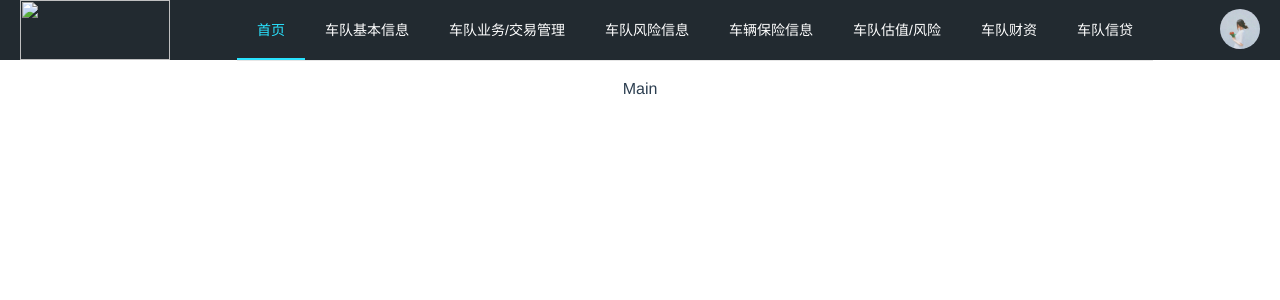
Repository: TheWomanLiketheWind/woodpecker
Page: /
An editor plug-in stored every save of this project. The page is shown before and after the next save, followed by the edit.
The browser window is 1280 px wide. The pictures show the whole page.
The project was rebuilt for these pictures with package versions that can differ from the ones it lists, and the page was loaded fresh each time. Imported but missing from the stored project, and not drawn on this page: src/views/About.vue.

Above is the page before, as saved 2019-07-25 15:45:09.

### public/index.html
<!DOCTYPE html>
<html lang="en">
  <head>
    <meta charset="utf-8">
    <meta http-equiv="X-UA-Compatible" content="IE=edge">
    <meta name="viewport" content="width=device-width,initial-scale=1.0">
    <link rel="icon" href="<%= BASE_URL %>favicon.ico">
    <title>woodpecker</title>
  </head>
  <body>
    <noscript>
      <strong>We're sorry but woodpecker doesn't work properly without JavaScript enabled. Please enable it to continue.</strong>
    </noscript>
    <div id="app"></div>
    <!-- built files will be auto injected -->
  </body>
</html>

### src/App.vue
<template>
  <div id="app">
    <router-view />
  </div>
</template>

<style lang="scss">
#app {
  font-family: "Avenir", Helvetica, Arial, sans-serif;
  -webkit-font-smoothing: antialiased;
  -moz-osx-font-smoothing: grayscale;
  text-align: center;
  color: #2c3e50;
  .el-header {
    display: flex;
    justify-content: space-between;
    align-items: center;
  }
}
#nav {
  padding: 30px;
  a {
    font-weight: bold;
    color: #2c3e50;
    &.router-link-exact-active {
      color: #42b983;
    }
  }
}
body {
  margin: 0;
}
</style>

### src/views/Home.vue
<template>
  <el-container>
    <el-header class="headerAll">
      <img src=""
           class="headImage">
      <el-menu :default-active="activeIndex"
               class="el-menu-demo"
               mode="horizontal"
               background-color="#222a30"
               text-color="#fff"
               active-text-color="#29e2fe"
               @select="handleSelect">
        <el-menu-item v-for="(item, index) in menuList"
                      :key="index"
                      :index="item.index">{{item.name}}</el-menu-item>
      </el-menu>

      <el-dropdown>
        <img src="../assets/headImage.jpg"
             class="drophead" />
        <el-dropdown-menu slot="dropdown">
          <el-dropdown-item>个人信息</el-dropdown-item>
          <el-dropdown-item>退出</el-dropdown-item>
        </el-dropdown-menu>
      </el-dropdown>
    </el-header>
    <el-main>Main</el-main>
  </el-container>
</template>

<script lang="ts">
import { Component, Vue } from "vue-property-decorator";

@Component({
  components: {}
})
export default class Home extends Vue {
  data() {
    return {
      activeIndex: "1",
      menuList: [
        {
          name: "首页",
          index: "1",
          link: ""
        },
        {
          name: "车队基本信息",
          index: "2",
          link: ""
        },
        {
          name: "车队业务/交易管理",
          index: "3",
          link: ""
        },
        {
          name: "车队风险信息",
          index: "4",
          link: ""
        },
        {
          name: "车辆保险信息",
          index: "5",
          link: ""
        },
        {
          name: "车队估值/风险",
          index: "6",
          link: ""
        },
        {
          name: "车队财资",
          index: "7",
          link: ""
        },
        {
          name: "车队信贷",
          index: "8",
          link: ""
        }
      ]
    };
  }

  private handleSelect(key: any, keyPath: any) {
    console.log(key, keyPath);
  }
}
</script>

<style lang="scss">
.headerAll {
  background: #222a30;
  .headImage {
    width: 150px;
    height: 100%;
    border: 0;
  }
  .drophead {
    width: 40px;
    height: 40px;
    border-radius: 50%;
  }
}
</style>

Loaded but not shown: src/main.ts (common file); src/router.ts (common file); src/store.ts (common file)

After the next save:
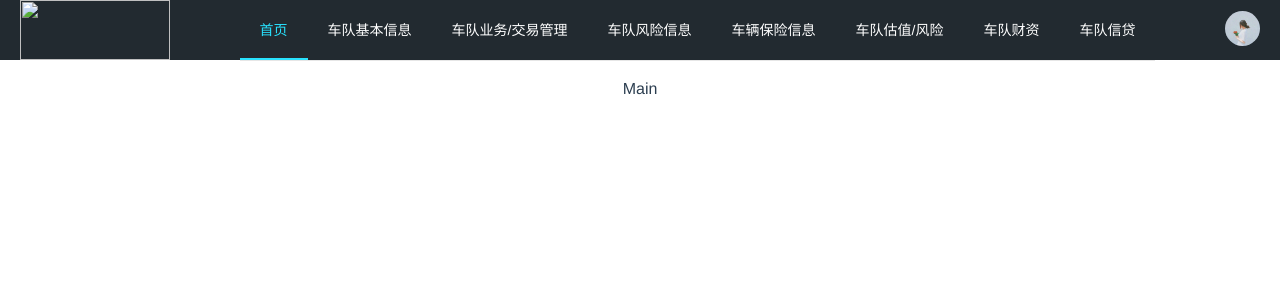
Saved 34 s later.
--- a/src/views/Home.vue
+++ b/src/views/Home.vue
@@ -98,8 +98,8 @@
     border: 0;
   }
   .drophead {
-    width: 40px;
-    height: 40px;
+    width: 35px;
+    height: 35px;
     border-radius: 50%;
   }
 }

After the save that followed:
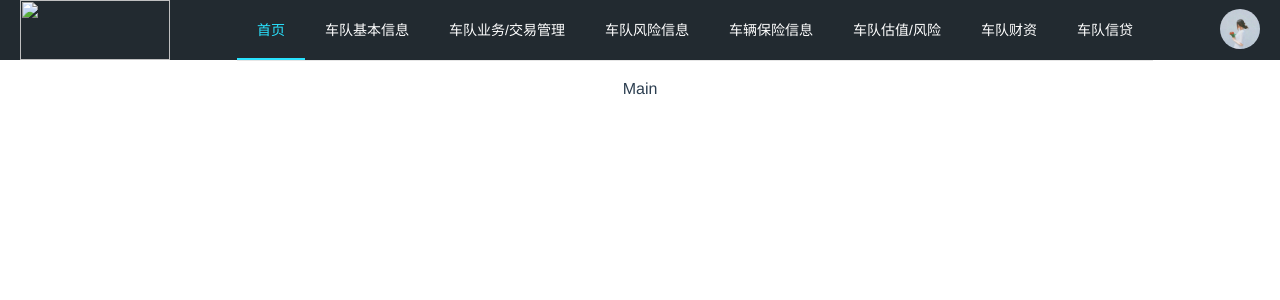
Saved 11 s later.
--- a/src/views/Home.vue
+++ b/src/views/Home.vue
@@ -98,8 +98,8 @@
     border: 0;
   }
   .drophead {
-    width: 35px;
-    height: 35px;
+    width: 40px;
+    height: 40px;
     border-radius: 50%;
   }
 }
